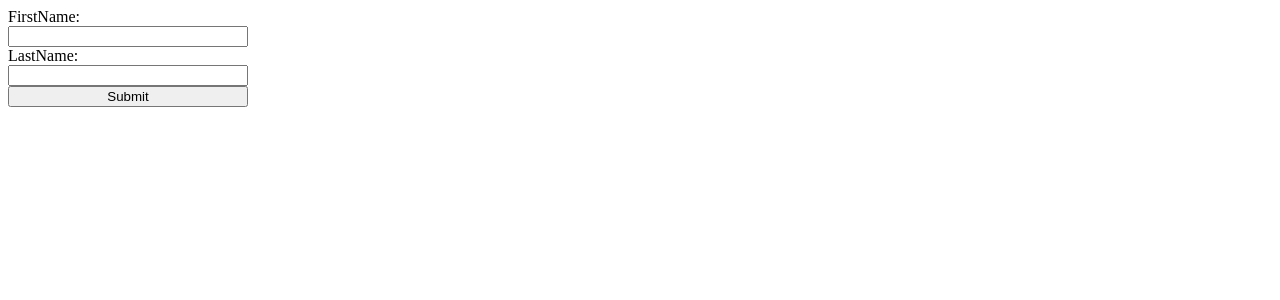
Repository: Vijay-aura/Wicket
Page: wicket-practice/src/main/java/com/form/InputFieldsPage.html
The author's editor kept a copy of each file at every save. The page is drawn from the files as they stood at one save, then again after the next save.
The browser window is 1280 px wide. The pictures show the whole page.

Above is the page before, as saved 2024-03-04 12:43:18.

After the next save:
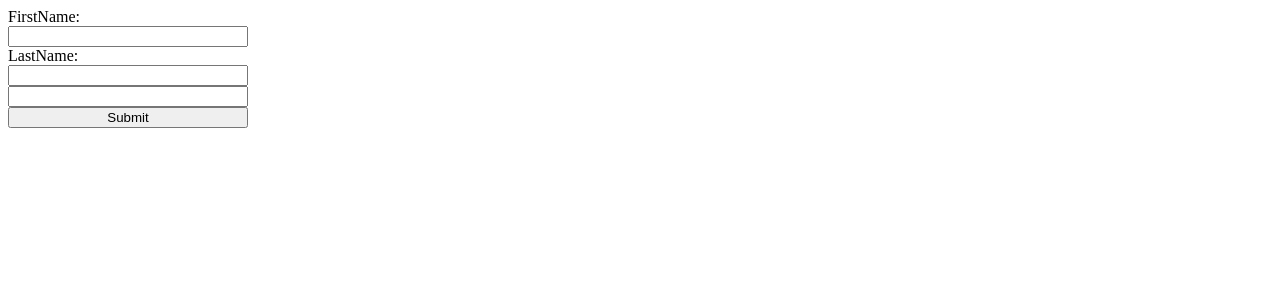
Saved 67 s later.
--- a/wicket-practice/src/main/java/com/form/InputFieldsPage.html
+++ b/wicket-practice/src/main/java/com/form/InputFieldsPage.html
@@ -18,6 +18,7 @@
 	<form wicket:id="form" class="form">
 		FirstName: <input type="text" wicket:id="firstName"> LastName:
 		<input type="text" wicket:id="lastName">
+		<input type="password" wicket:id="password">
 		<button wicket:id="button">Submit</button>
 	</form>
 	<div wicket:id="detailsContainer">
